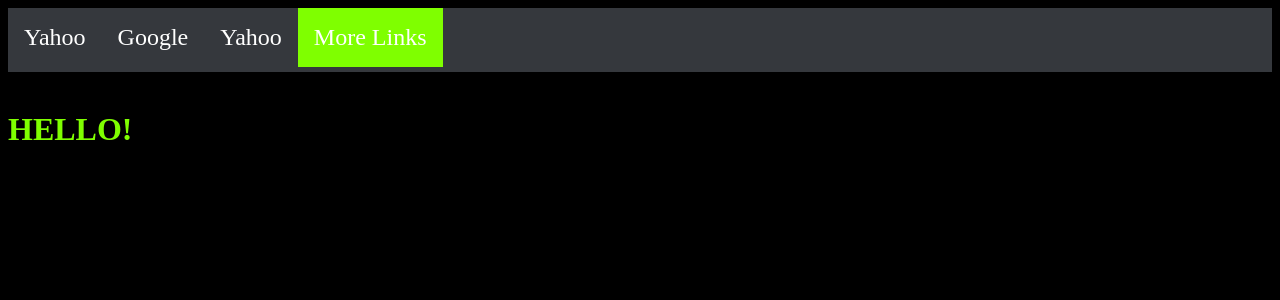
Repository: MasonSingleterry/MasonSingleterry.github.io
Page: index.html
The author's editor kept a record of every edit. The page is drawn from the files as they stood at one moment, then again after the next edit.
The browser window is 1280 px wide. The pictures show the whole page.
The pointer rests on the first visible `.morelinks`.

Above is the page before.

### index.html
<!DOCTYPE html>
<html>
    <head>
        <title>This is a Web Page!</title>
        <style>
        .body{
        background-color:black;
        color: #7FFF00;
       }
        .navbar{
        background-color: #35383d;
        width: 100%;
        height: 64px;
      }

      .navbar a, .morelinks {
        color: white;
        font-size: 24px;
        text-decoration: none;
        padding:16px;
        float:left;
      }

      .navbar a:hover, .morelinks:hover{
        background-color: #7FFF00;
      }

      .morelinks:hover .dropdown-content{
        display: block;
      }

      .dropdown-content{
        position: absolute;
        z-index: 1;
        display:none;
      }

      .dropdown{
          background-color: #35383d;
          color: #7FFF00;
          float: left;
          text-decoration: none;
          font-size: 24px;
      }

      .dropdown-content a{
          float: none;
          display: block;
      }

        </style>
    </head>
    <body class=body>
    <div class="navbar">
      <a href="https://www.yahoo.com">Yahoo</a>
      <a href="https://www.google.com">Google</a>
      <a href="https://www.yahoo.com">Yahoo</a>
      <div class="dropdown">
        <div class="morelinks">More Links</div>
        <div class="dropdown-content">
          <a href="https://www.awseducate.com">AWS Educate</a>
          <a href="https://www.collegeboard.org">College Board</a>
        </div>
      </div>
    </div>
    <br>
        <h1> HELLO! </h1>
  </body>
</html>

After the next edit:
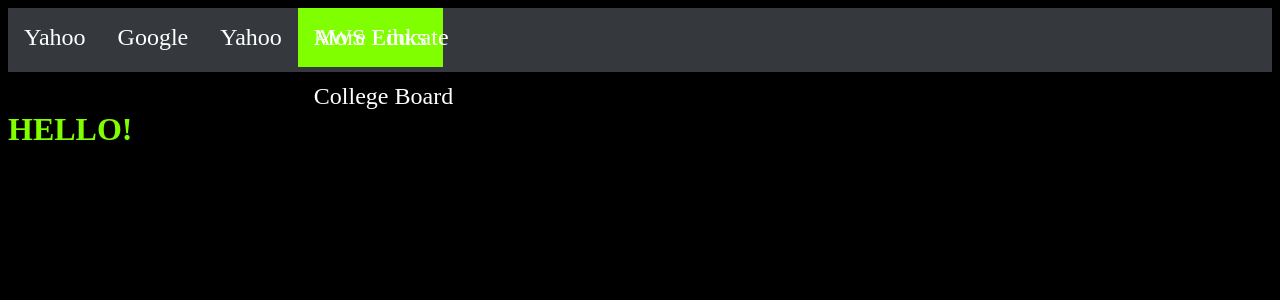
The edit:
--- a/index.html
+++ b/index.html
@@ -25,7 +25,7 @@
         background-color: #7FFF00;
       }
 
-      .morelinks:hover .dropdown-content{
+      .dropdown:hover .dropdown-content{
         display: block;
       }
 
